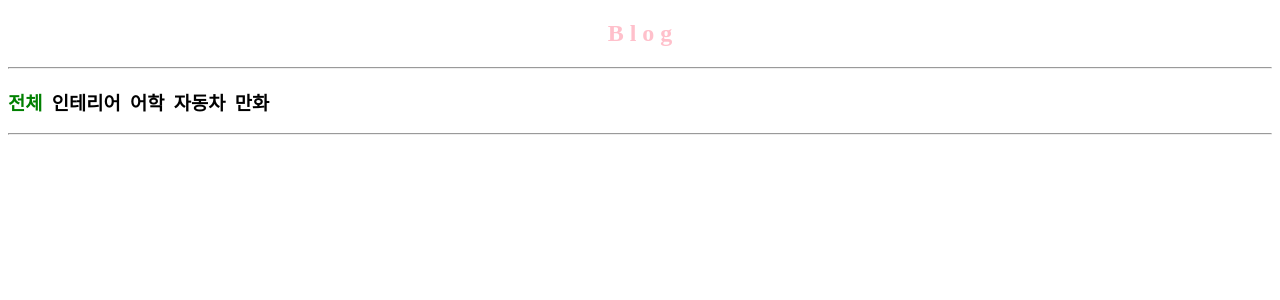
Repository: basstpgns/20201029html
Page: jsp/html/quiz04.html
An editor plug-in stored every save of this project. The page is shown before and after the next save, followed by the edit.
The browser window is 1280 px wide. The pictures show the whole page.

Above is the page before, as saved 2020-10-30 07:11:19.

### jsp/html/quiz04.html
<!DOCTYPE html>
<html>
<head>
<meta charset="UTF-8">
<title>Insert title here</title>
</head>
<body>
	<header>
		<div style="text-align: center;">
			<h2 style="color: pink;">B l o g</h2>
		</div>
			<hr>
			<h3><font style="color: green;">전체</font>&nbsp;&nbsp;인테리어&nbsp;&nbsp;어학&nbsp;&nbsp;자동차&nbsp;&nbsp;만화</b></h3>
			<hr>
	</header>
</body>
</html>

After the next save:
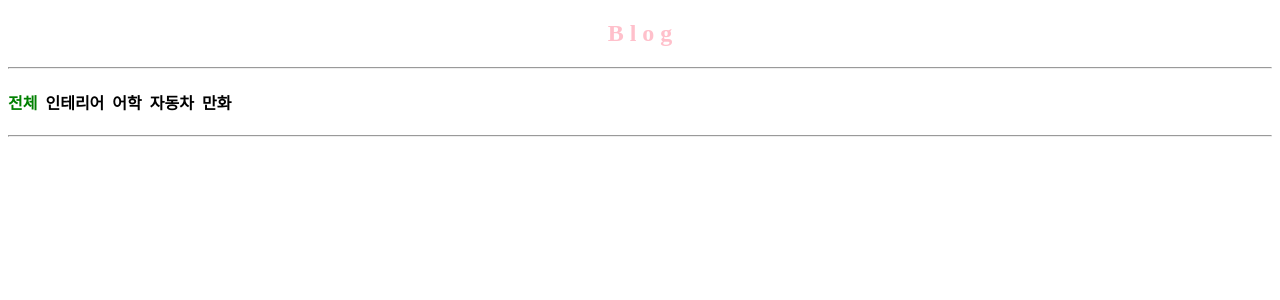
Saved 6 s later.
--- a/jsp/html/quiz04.html
+++ b/jsp/html/quiz04.html
@@ -10,7 +10,7 @@
 			<h2 style="color: pink;">B l o g</h2>
 		</div>
 			<hr>
-			<h3><font style="color: green;">전체</font>&nbsp;&nbsp;인테리어&nbsp;&nbsp;어학&nbsp;&nbsp;자동차&nbsp;&nbsp;만화</b></h3>
+			<h4><font style="color: green;">전체</font>&nbsp;&nbsp;인테리어&nbsp;&nbsp;어학&nbsp;&nbsp;자동차&nbsp;&nbsp;만화</b></h4>
 			<hr>
 	</header>
 </body>
